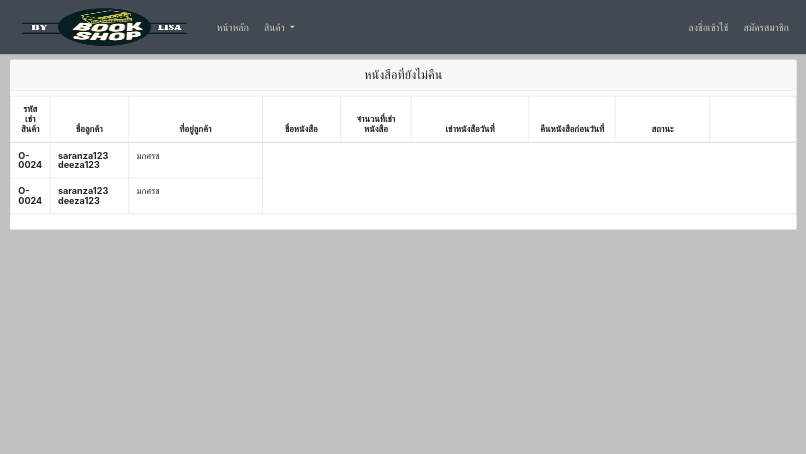
Repository: peawza/shopbook
Page: http://localhost/returnproduct.php?Order_id=24
The author's editor kept a copy of each file at every save. The page is drawn from the files as they stood at one save, then again after the next save.
The browser window is 1280 px wide. The pictures show the whole page, at 63% of full size.
The page is run by PHP 8.4 with error messages shown; the project is at /var/www/html/. The database holds what the project's SQL file puts in it.

Above is the page before, as saved 2020-10-01 11:09:51.

After the next save:
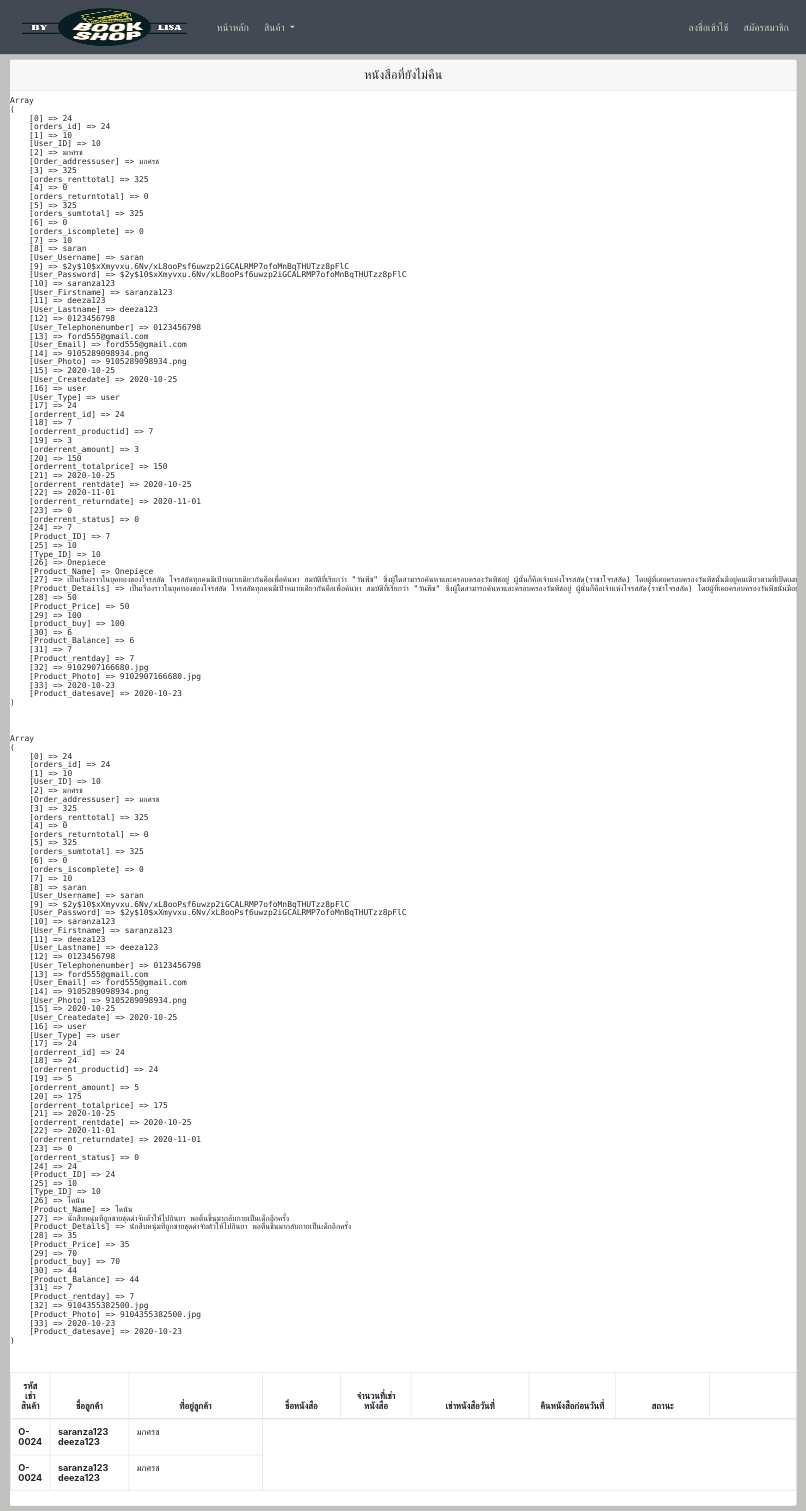
Saved 12 s later.
--- a/returnproduct.php
+++ b/returnproduct.php
@@ -115,9 +115,9 @@
 
 
                         <?php
-                                //echo '<pre>';
-                                //print_r($rowproduct);
-                                //echo '<pre>';
+                                echo '<pre>';
+                                print_r($rowproduct);
+                                echo '<pre>';
                             }
                         } else {
 

After the 4 saves that followed:
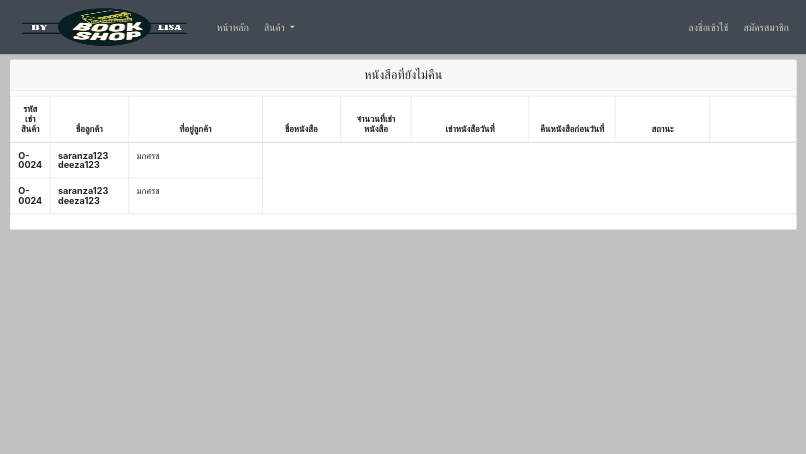
The 4 saves are shown as one change because 2 left the picture as it was and some came seconds apart.
The last was saved 2 min 2 s later.
--- a/returnproduct.php
+++ b/returnproduct.php
@@ -45,54 +45,71 @@
                     <tbody>
                         <?php
                         /*
-                        [0] => 1
-                        [orders_id] => 1
-                        [1] => 4
-                        [User_ID] => 4
-                        [2] => ฟหดกหฟดกหฟด
-                        [Order_addressuser] => ฟหดกหฟดกหฟด
-                        [3] => 2464
-                        [orders_renttotal] => 2464
-                        [4] => 0
-                        [orders_returntotal] => 0
-                        [5] => 2464
-                        [orders_sumtotal] => 2464
-                        [6] => 0
-                        [orders_iscomplete] => 0
-                        [7] => 4
-                        [8] => user
-                        [User_Username] => user
-                        [9] => $2y$10$fB6aRvLojb8vG3ukgnwcle6rynH6hiaSNAOSCfskrj2DL4A6y8HM6
-                        [User_Password] => $2y$10$fB6aRvLojb8vG3ukgnwcle6rynH6hiaSNAOSCfskrj2DL4A6y8HM6
-                        [10] => ศุภชัย
-                        [User_Firstname] => ศุภชัย
-                        [11] => แจ้งอรุณ
-                        [User_Lastname] => แจ้งอรุณ
-                        [12] => 0970562607
-                        [User_Telephonenumber] => 0970562607
-                        [13] => agileza_555@hotmail.com
-                        [User_Email] => agileza_555@hotmail.com
-                        [14] => 9091310863447.jpg
-                        [User_Photo] => 9091310863447.jpg
-                        [15] => 2020-09-26
-                        [User_Createdate] => 2020-09-26
-                        [16] => admin
-                        [User_Type] => admin
-                        [17] => 1
-                        [orderrent_id] => 1
-                        [18] => 4
-                        [orderrent_productid] => 4
-                        [19] => 1
-                        [orderrent_amount] => 1
-                        [20] => 1232
-                        [orderrent_totalprice] => 1232
-                        [21] => 2020-09-30
-                        [orderrent_rentdate] => 2020-09-30
-                        [22] => 2020-10-20
-                        [orderrent_returndate] => 2020-10-20
-                        [23] => 0
-                        [orderrent_status] => 0
-                    )
+                    [0] => 1
+                    [orders_id] => 1
+                    [1] => 4
+                    [User_ID] => 4
+                    [2] => ฟหดกหฟดกหฟด
+                    [Order_addressuser] => ฟหดกหฟดกหฟด
+                    [3] => 2464
+                    [orders_renttotal] => 2464
+                    [4] => 0
+                    [orders_returntotal] => 0
+                    [5] => 2464
+                    [orders_sumtotal] => 2464
+                    [6] => 0
+                    [orders_iscomplete] => 0
+                    [7] => 4
+                    [8] => user
+                    [User_Username] => user
+                    [9] => $2y$10$fB6aRvLojb8vG3ukgnwcle6rynH6hiaSNAOSCfskrj2DL4A6y8HM6
+                    [User_Password] => $2y$10$fB6aRvLojb8vG3ukgnwcle6rynH6hiaSNAOSCfskrj2DL4A6y8HM6
+                    [10] => ศุภชัย
+                    [User_Firstname] => ศุภชัย
+                    [11] => แจ้งอรุณ
+                    [User_Lastname] => แจ้งอรุณ
+                    [12] => 0970562607
+                    [User_Telephonenumber] => 0970562607
+                    [13] => agileza_555@hotmail.com
+                    [User_Email] => agileza_555@hotmail.com
+                    [14] => 9091310863447.jpg
+                    [User_Photo] => 9091310863447.jpg
+                    [15] => 2020-09-26
+                    [User_Createdate] => 2020-09-26
+                    [16] => admin
+                    [User_Type] => admin
+                    [17] => 1
+                    [orderrent_id] => 1
+                    [18] => 4
+                    [orderrent_productid] => 4
+                    [19] => 1
+                    [orderrent_amount] => 1
+                    [20] => 1232
+                    [orderrent_totalprice] => 1232
+                    [21] => 2020-09-30
+                    [orderrent_rentdate] => 2020-09-30
+                    [22] => 2020-10-20
+                    [orderrent_returndate] => 2020-10-20
+                    [23] => 0
+                    [orderrent_status] => 0
+                    [24] => 4
+                    [Product_ID] => 4
+                    [25] => 3
+                    [Type_ID] => 3
+                    [26] => sadsazzz
+                    [Product_Name] => sadsazzz
+                    [27] => asdasd
+                    [Product_Details] => asdasd
+                    [28] => 1232
+                    [Product_Price] => 1232
+                    [29] => 113
+                    [Product_Balance] => 113
+                    [30] => 2
+                    [Product_rentday] => 2
+                    [31] => 9091656962219.png
+                    [Product_Photo] => 9091656962219.png
+                    [32] => 2020-09-30
+                    [Product_datesave] => 2020-09-30
 
                         */
                         if (isset($_GET['Order_id'])) {
@@ -115,9 +132,9 @@
 
 
                         <?php
-                                echo '<pre>';
-                                print_r($rowproduct);
-                                echo '<pre>';
+                                //echo '<pre>';
+                                //print_r($rowproduct);
+                                //echo '<pre>';
                             }
                         } else {
 
